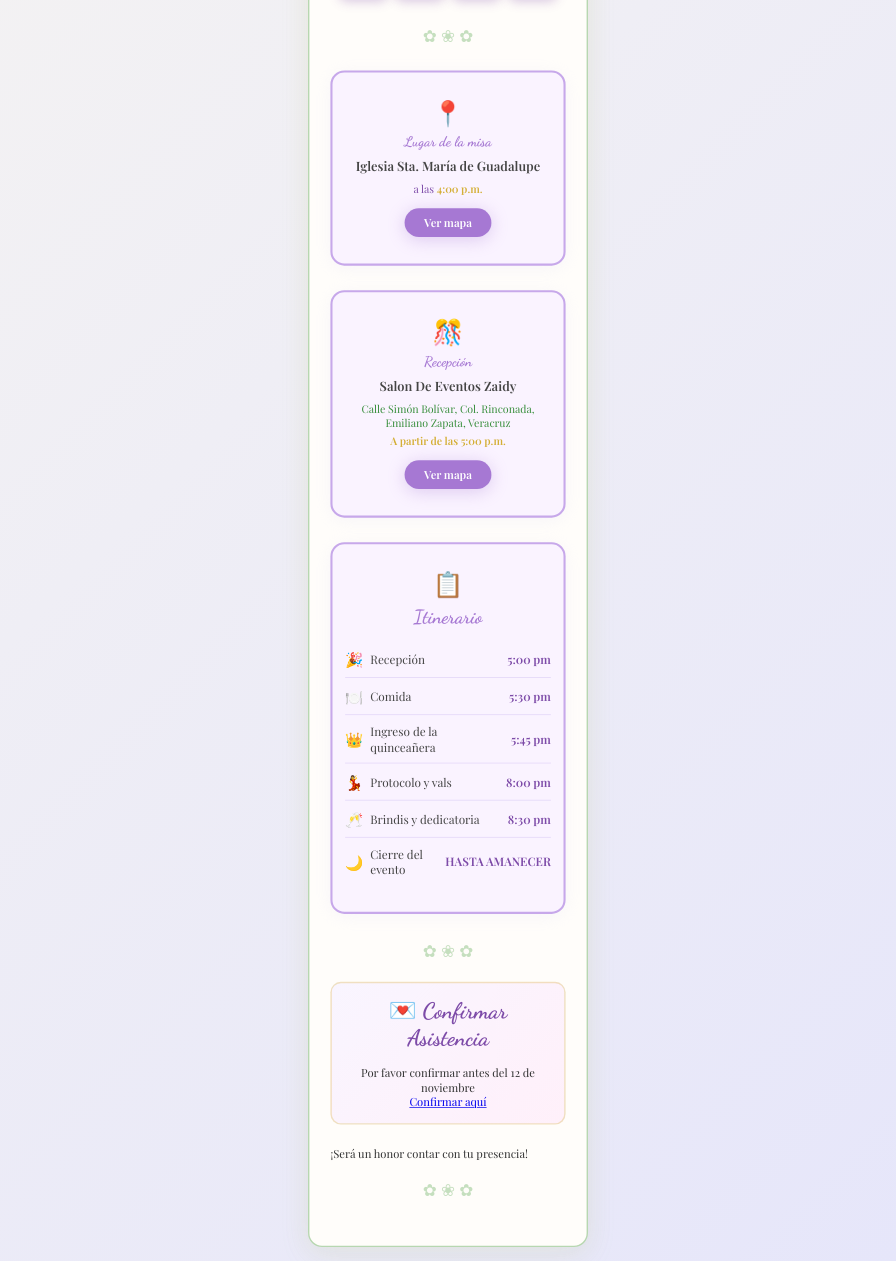
Repository: Jurgt2/InvitacionXvCamila
Page: index.html
These files come from the project's save history. The page is drawn as it stood at one moment and after the next save; the edit follows.
The browser window is 1280 px wide. The pictures show the part of the page from y = 1231 to 3151 px (the page is 3033 px tall before and 3151 px after), at 70% of full size.
Some web fonts or font styles are not loaded; a fallback is used.

Above is the page before, as saved 2025-11-14 21:42:42.
Console error: TypeError: Cannot read properties of null (reading 'href')

### index.html
<!DOCTYPE html>
<html lang="es">
<head>
    <meta charset="UTF-8">
    <meta name="viewport" content="width=device-width, initial-scale=1.0">
    <title>Mis 15 Años - María Camila</title>

    <!-- Google Fonts -->
    <link rel="preconnect" href="https://fonts.googleapis.com">
    <link rel="preconnect" href="https://fonts.gstatic.com" crossorigin>
    <link href="https://fonts.googleapis.com/css2?family=Dancing+Script:wght@400;700&family=Playfair+Display:ital,wght@0,400;0,600;1,400&display=swap" rel="stylesheet">

    <!-- Estilos personalizados -->
    <link rel="stylesheet" href="style.css">
</head>
<body>
    <!-- Contenedor principal -->
    <div class="container">
    <!-- Encabezado superior eliminado -->
        <!-- 1. Foto circular de la quinceañera -->
        <div class="photo-section">
            <div class="photo-frame">
                <img src="quinceanera.jpg" alt="Emily Camila" class="quinceanera-photo">
            </div>
            <div class="crown-decoration">👑</div>
        </div>
        <!-- 2. Título principal -->
        <h1 class="main-title" style="font-family: 'Dancing Script', cursive; font-size: 2.5rem; font-weight: 700; color: #7d4ba8; text-align: center; margin: 20px 0 0 0;">
            Emily Camila <span style="font-size:2.5rem; color:#6a3d92; font-family: 'Dancing Script', cursive; font-weight: 700;">Salazar Santamaría</span>
        </h1>
        <!-- 3. Subtítulo descriptivo -->
        <p class="subtitle">
            Sus 15 años son un reflejo de su belleza, sus sueños y su alegría.<br>
            Hoy celebramos con entusiasmo y amor...
        </p>
        <!-- Fecha destacada (ahora debajo del texto) -->
        <div class="fecha-xv" style="text-align:center; margin:10px 0 18px 0;">
            <span style="display:inline-block; background:linear-gradient(90deg,#e6e6fa 60%,#d4af37 100%); color:#7d4ba8; border-radius:12px; padding:6px 18px; font-size:1.1rem; font-weight:600; letter-spacing:1px; box-shadow:0 2px 8px #e6e6fa80;">SÁBADO <span style="color:#388e3c; font-size:1.3rem;">20</span> DICIEMBRE</span>
        </div>
        <!-- Nombres de papás y padrinos (formato elegante) -->
        <div class="familia-xv" style="text-align:center; margin:28px 0 18px 0;">
            <span style="color:#7d4ba8; font-size:1.25rem; font-family:'Dancing Script',cursive; font-weight:700; letter-spacing:0.5px; display:block; margin-bottom:6px;">En compañía de</span>
            <div style="display:flex; justify-content:center; align-items:flex-start; gap:32px; flex-wrap:wrap; margin-bottom:6px;">
                <div style="min-width:140px;">
                    <span style="color:#d4af37; font-size:1.1rem; font-family:'Dancing Script',cursive; font-weight:700; display:block; margin-bottom:2px;">Sus papás</span>
                    <span style="display:block; color:#555; font-size:1.08rem; font-family:'Playfair Display',serif; font-style:italic; margin-bottom:2px;">José Antonio Salazar Morales</span>
                    <span style="display:block; color:#555; font-size:1.08rem; font-family:'Playfair Display',serif; font-style:italic;">Lissette Santamaría Correa</span>
                </div>
                <div style="min-width:140px;">
                    <span style="color:#7d4ba8; font-size:1.1rem; font-family:'Dancing Script',cursive; font-weight:700; display:block; margin-bottom:2px;">Sus padrinos</span>
                    <span style="display:block; color:#555; font-size:1.08rem; font-family:'Playfair Display',serif; font-style:italic; margin-bottom:2px;">Félix Córdova Alba</span>
                    <span style="display:block; color:#555; font-size:1.08rem; font-family:'Playfair Display',serif; font-style:italic;">Santa Correa Sánchez</span>
                </div>
            </div>
        </div>
        <!-- Decoración floral -->
        <div class="floral-divider">✿ ❀ ✿</div>

        <!-- 4. Reproductor de música -->
        <div class="music-section">
            <p class="music-instruction">🎵 Clic en el reproductor para escuchar la canción</p>
            <button id="playButton" class="play-button" aria-label="Reproducir música">
                <span id="playIcon">▶</span>
            </button>
            <audio id="audioPlayer" loop>
                <source src="musica.mp3" type="audio/mpeg">
                Tu navegador no soporta el elemento de audio.
            </audio>
        </div>

        <!-- 5. Cuenta regresiva -->
        <div class="countdown-section">
            <h2 class="section-title">Faltan</h2>
            <div class="countdown-container">
                <div class="countdown-box">
                    <div class="countdown-number" id="days">00</div>
                    <div class="countdown-label">Días</div>
                </div>
                <div class="countdown-box">
                    <div class="countdown-number" id="hours">00</div>
                    <div class="countdown-label">Horas</div>
                </div>
                <div class="countdown-box">
                    <div class="countdown-number" id="minutes">00</div>
                    <div class="countdown-label">Min</div>
                </div>
                <div class="countdown-box">
                    <div class="countdown-number" id="seconds">00</div>
                    <div class="countdown-label">Seg</div>
                </div>
            </div>
            <p id="countdownMessage" class="countdown-message"></p>
        </div>

        <!-- Decoración floral -->
        <div class="floral-divider">✿ ❀ ✿</div>

        <!-- 6. Sección LUGAR -->
        <div class="cuadro-misa" style="background: #faf3ff; border: 3px solid #c7a8ea; border-radius: 20px; padding: 32px 18px 38px 18px; margin: 35px 0; text-align: center; box-shadow: 0 4px 24px #e6e6fa55;">
            <div style="font-size:2.2rem; margin-bottom: 8px;">📍</div>
                <div style="font-family: 'Dancing Script', cursive; font-size:1.25rem; color:#a678d3; margin-bottom: 10px; font-weight: 700;">Lugar de la misa</div>
                <div style="font-family: 'Playfair Display', serif; font-size:1.15rem; color:#444; font-weight:700; margin-bottom: 10px;">Iglesia Sta. María de Guadalupe</div>
                <div style="font-size:0.95rem; color:#7d4ba8; margin-bottom: 18px;">a las <span style="color:#d4af37; font-weight:700;">4:00 p.m.</span></div>
                <a href="https://maps.app.goo.gl/ystdQ5vSETh3HKnf7" target="_blank" rel="noopener noreferrer" style="display:inline-block; background:#a678d3; color:#fff; font-family:'Playfair Display',serif; font-size:1rem; font-weight:600; border-radius:32px; padding:10px 28px; text-decoration:none; box-shadow:0 4px 24px #a678d355; transition:background 0.2s;">Ver mapa</a>
        </div>

        <!-- 7. Sección RECEPCIÓN -->
        <div class="cuadro-recepcion" style="background: #faf3ff; border: 3px solid #c7a8ea; border-radius: 20px; padding: 32px 18px 38px 18px; margin: 35px 0; text-align: center; box-shadow: 0 4px 24px #e6e6fa55;">
            <div style="font-size:2.2rem; margin-bottom: 8px;">🎊</div>
            <div style="font-family: 'Dancing Script', cursive; font-size:1.25rem; color:#a678d3; margin-bottom: 10px; font-weight: 700;">Recepción</div>
            <div style="font-family: 'Playfair Display', serif; font-size:1.15rem; color:#444; font-weight:700; margin-bottom: 10px;">Salon De Eventos Zaidy</div>
            <div style="font-family: 'Playfair Display', serif; font-size:0.95rem; color:#388e3c; margin-bottom: 6px;">Calle Simón Bolívar, Col. Rinconada, Emiliano Zapata, Veracruz</div>
            <div style="font-family: 'Playfair Display', serif; font-size:0.95rem; color:#d4af37; font-weight:700; margin-bottom: 18px;">A partir de las 5:00 p.m.</div>
            <a href="https://maps.app.goo.gl/BLjvQERLtKDqoa328" target="_blank" rel="noopener noreferrer" style="display:inline-block; background:#a678d3; color:#fff; font-family:'Playfair Display',serif; font-size:1rem; font-weight:600; border-radius:32px; padding:10px 28px; text-decoration:none; box-shadow:0 4px 24px #a678d355; transition:background 0.2s;">Ver mapa</a>
        </div>
        <!-- 8. Sección ITINERARIO -->
        <div class="cuadro-itinerario" style="background: #faf3ff; border: 3px solid #c7a8ea; border-radius: 20px; padding: 32px 18px 38px 18px; margin: 35px 0; text-align: center; box-shadow: 0 4px 24px #e6e6fa55;">
            <div style="font-size:2.2rem; margin-bottom: 8px;">📋</div>
            <div style="font-family: 'Dancing Script', cursive; font-size:1.7rem; color:#a678d3; margin-bottom: 18px; font-weight: 700;">Itinerario</div>
            <div style="width:100%; max-width:420px; margin:0 auto;">
                <div style="display:flex; align-items:center; justify-content:space-between; padding:12px 0 12px 0; border-bottom:1px solid #e0d3f7;">
                    <span style="font-size:1.3rem; margin-right:10px;">🎉</span>
                    <span style="flex:1; text-align:left; font-family:'Playfair Display',serif; font-size:1.05rem; color:#444;">Recepción</span>
                    <span style="font-family:'Playfair Display',serif; font-size:1.05rem; color:#7d4ba8; font-weight:600; min-width:80px; text-align:right;">5:00 pm</span>
                </div>
                <div style="display:flex; align-items:center; justify-content:space-between; padding:12px 0 12px 0; border-bottom:1px solid #e0d3f7;">
                    <span style="font-size:1.3rem; margin-right:10px;">🍽️</span>
                    <span style="flex:1; text-align:left; font-family:'Playfair Display',serif; font-size:1.05rem; color:#444;">Comida</span>
                    <span style="font-family:'Playfair Display',serif; font-size:1.05rem; color:#7d4ba8; font-weight:600; min-width:80px; text-align:right;">5:30 pm</span>
                </div>
                <div style="display:flex; align-items:center; justify-content:space-between; padding:12px 0 12px 0; border-bottom:1px solid #e0d3f7;">
                    <span style="font-size:1.3rem; margin-right:10px;">👑</span>
                    <span style="flex:1; text-align:left; font-family:'Playfair Display',serif; font-size:1.05rem; color:#444;">Ingreso de la quinceañera</span>
                    <span style="font-family:'Playfair Display',serif; font-size:1.05rem; color:#7d4ba8; font-weight:600; min-width:80px; text-align:right;">5:45 pm</span>
                </div>
                <div style="display:flex; align-items:center; justify-content:space-between; padding:12px 0 12px 0; border-bottom:1px solid #e0d3f7;">
                    <span style="font-size:1.3rem; margin-right:10px;">💃</span>
                    <span style="flex:1; text-align:left; font-family:'Playfair Display',serif; font-size:1.05rem; color:#444;">Protocolo y vals</span>
                    <span style="font-family:'Playfair Display',serif; font-size:1.05rem; color:#7d4ba8; font-weight:600; min-width:80px; text-align:right;">8:00 pm</span>
                </div>
                <div style="display:flex; align-items:center; justify-content:space-between; padding:12px 0 12px 0; border-bottom:1px solid #e0d3f7;">
                    <span style="font-size:1.3rem; margin-right:10px;">🥂</span>
                    <span style="flex:1; text-align:left; font-family:'Playfair Display',serif; font-size:1.05rem; color:#444;">Brindis y dedicatoria</span>
                    <span style="font-family:'Playfair Display',serif; font-size:1.05rem; color:#7d4ba8; font-weight:600; min-width:80px; text-align:right;">8:30 pm</span>
                </div>
                <div style="display:flex; align-items:center; justify-content:space-between; padding:12px 0 12px 0;">
                    <span style="font-size:1.3rem; margin-right:10px;">🌙</span>
                    <span style="flex:1; text-align:left; font-family:'Playfair Display',serif; font-size:1.05rem; color:#444;">Cierre del evento</span>
                    <span style="font-family:'Playfair Display',serif; font-size:1.05rem; color:#7d4ba8; font-weight:600; min-width:80px; text-align:right;">HASTA AMANECER</span>
                </div>
            </div>
        </div>

        <!-- Decoración floral -->
        <div class="floral-divider">✿ ❀ ✿</div>

        <!-- 9. Sección CONFIRMAR ASISTENCIA -->
        <div class="music-section">
            <h2 class="section-title">💌 Confirmar Asistencia</h2>
            <p class="rsvp-text">Por favor confirmar antes del 12 de noviembre</p>
            <a href="https://wa.me/522791007933?text=Hola%2C%20confirmo%20mi%20asistencia%20a%20los%2015%20a%C3%B1os%20de%20Emily%20Camila.%20%C2%A1Ser%C3%A1%20un%20honor%20acompa%C3%B1arla%20en%20su%20d%C3%ADa%20especial!%20%F0%9F%92%96%F0%9F%8E%89" target="_blank" rel="noopener noreferrer" class="btn btn-primary">
                Confirmar aquí
            </a>
        </div>

        <!-- Footer decorativo -->
        <div class="footer">
            <p class="footer-text">¡Será un honor contar con tu presencia!</p>
            <div class="floral-divider">✿ ❀ ✿</div>
        </div>

    </div>

    <!-- Script JavaScript -->
    <script src="script.js"></script>
</body>
</html>

### style.css
/* ==========================================
   INVITACIÓN QUINCEAÑERA - DULCE PRIMAVERA
   Tema: Morado, Rosa y Dorado
   ========================================== */

/* Reset y configuración base */
* {
    margin: 0;
    padding: 0;
    box-sizing: border-box;
}

body {
    font-family: 'Playfair Display', serif;
    background: linear-gradient(135deg, #f8f6f0 0%, #e6e6fa 100%);
    min-height: 100vh;
    padding: 20px;
    color: #333;
    overflow-x: hidden;
}

/* Contenedor principal */
.container {
    max-width: 400px;
    margin: 0 auto;
    background: #fffdfa;
    border-radius: 20px;
    padding: 40px 30px;
    box-shadow: 0 10px 40px rgba(183, 215, 176, 0.15), 0 10px 40px rgba(212, 175, 55, 0.08);
    border: 2px solid #b7d7b0;
    position: relative;
}

/* ==========================================
   1. SECCIÓN DE FOTO
   ========================================== */
.photo-section {
    text-align: center;
    margin-bottom: 30px;
    position: relative;
}

.photo-frame {
    width: 180px;
    height: 180px;
    margin: 0 auto;
    border-radius: 50%;
    border: 6px solid #b7d7b0;
    overflow: hidden;
    box-shadow: 0 8px 20px rgba(183, 215, 176, 0.25), 0 8px 20px rgba(212, 175, 55, 0.15);
    position: relative;
}

.quinceanera-photo {
    width: 100%;
    height: 100%;
    object-fit: cover;
}

.crown-decoration {
    font-size: 2rem;
    margin-top: 10px;
    animation: float 3s ease-in-out infinite;
}

@keyframes float {
    0%, 100% { transform: translateY(0); }
    50% { transform: translateY(-10px); }
}

/* ==========================================
   2. TÍTULO PRINCIPAL
   ========================================== */
.main-title {
    font-family: 'Dancing Script', cursive;
    font-size: 3rem;
        color: #7d4ba8;
    text-align: center;
    margin: 20px 0;
    text-shadow: 2px 2px 4px #b7d7b0;
    font-weight: 700;
}

/* ==========================================
   3. SUBTÍTULO
   ========================================== */
.subtitle {
    font-size: 1rem;
    font-style: italic;
    text-align: center;
    color: #666;
    line-height: 1.6;
    margin-bottom: 25px;
    padding: 0 10px;
}

/* ==========================================
   DECORACIONES FLORALES
   ========================================== */
.floral-divider {
    text-align: center;
    font-size: 1.5rem;
    color: #b7d7b0;
    margin: 25px 0;
    opacity: 0.8;
}

/* ==========================================
   4. REPRODUCTOR DE MÚSICA
   ========================================== */
.music-section {
    text-align: center;
    margin: 30px 0;
    padding: 20px;
    background: linear-gradient(135deg, #f9f5ff 0%, #fff0fa 100%);
    border-radius: 15px;
    border: 2px solid rgba(212, 175, 55, 0.3);
}

.music-instruction {
    font-size: 0.9rem;
    color: #7d4ba8;
    margin-bottom: 15px;
}

.play-button {
    width: 60px;
    height: 60px;
    border-radius: 50%;
    border: 3px solid #d4af37;
    background: linear-gradient(135deg, #d4af37 0%, #f4d88a 100%);
    color: white;
    font-size: 1.5rem;
    cursor: pointer;
    transition: all 0.3s ease;
    box-shadow: 0 4px 15px rgba(212, 175, 55, 0.4);
    display: flex;
    align-items: center;
    justify-content: center;
    margin: 0 auto;
}

.play-button:hover {
    transform: scale(1.1);
    box-shadow: 0 6px 20px rgba(212, 175, 55, 0.6);
}

.play-button:active {
    transform: scale(0.95);
}

#playIcon {
    display: inline-block;
    margin-left: 3px;
}

/* ==========================================
   5. CUENTA REGRESIVA
   ========================================== */
.countdown-section {
    margin: 35px 0;
    text-align: center;
}

.section-title {
    font-family: 'Dancing Script', cursive;
    font-size: 2rem;
        color: #7d4ba8;
    margin-bottom: 20px;
    text-align: center;
}

.countdown-container {
    display: flex;
    justify-content: center;
    gap: 10px;
    flex-wrap: wrap;
}

.countdown-box {
    background: linear-gradient(135deg, #7d4ba8 0%, #9d6bc8 100%);
    border-radius: 12px;
    padding: 15px 10px;
    min-width: 70px;
    box-shadow: 0 4px 15px rgba(125, 75, 168, 0.3);
    border: 2px solid rgba(212, 175, 55, 0.4);
}

.countdown-number {
    font-family: 'Dancing Script', cursive;
    font-size: 2.5rem;
    color: white;
    font-weight: 700;
    line-height: 1;
}

.countdown-label {
    font-size: 0.8rem;
    color: #ffe6ff;
    margin-top: 5px;
    text-transform: uppercase;
    letter-spacing: 1px;
}

.countdown-message {
    margin-top: 20px;
    font-family: 'Dancing Script', cursive;
    font-size: 1.5rem;
    color: #d4af37;
    font-weight: 700;
        color: #666;

/* ==========================================
   6. SECCIÓN LUGAR
   ========================================== */
.location-section {
    text-align: center;
    margin: 35px 0;
    padding: 25px;
    background: #fff;
    border-radius: 15px;
    border: 2.5px solid #d4af37;
    box-shadow: 0 4px 16px rgba(212, 175, 55, 0.10);
}

.location-name {
    font-size: 1.1rem;
        color: #555;
    margin: 15px 0 20px 0;
    font-weight: 600;
}

/* ==========================================
   7. ITINERARIO
   ========================================== */
.itinerary-section {
    margin: 35px 0;
    padding: 25px;
    background: linear-gradient(135deg, #f8f6f0 0%, #e6e6fa 100%);
    border-radius: 15px;
    border: 2px solid #b7d7b0;
    box-shadow: 0 4px 16px rgba(183, 215, 176, 0.10);
}

.itinerary-list {
    list-style: none;
    margin-top: 20px;
}

.itinerary-item {
    display: flex;
    align-items: center;
    padding: 12px 0;
    border-bottom: 1px solid rgba(125, 75, 168, 0.1);
}

.itinerary-item:last-child {
    border-bottom: none;
}

.itinerary-icon {
    font-size: 1.3rem;
    margin-right: 12px;
    min-width: 30px;
}

.itinerary-text {
    flex: 1;
    font-size: 0.95rem;
        color: #555;
}

.itinerary-time {
    font-size: 0.9rem;
    color: #7d4ba8;
    font-weight: 600;
    min-width: 70px;
    text-align: right;
}

/* ==========================================
   8. CONFIRMAR ASISTENCIA
   ========================================== */
.rsvp-section {
    text-align: center;
    margin: 35px 0;
    padding: 25px;
    background: linear-gradient(135deg, #fff0ff 0%, #fffaff 100%);
    border-radius: 15px;
    border: 2px solid rgba(212, 175, 55, 0.3);
}

.rsvp-text {
    font-size: 1rem;
        color: #666;
    margin: 15px 0 20px 0;
    font-style: italic;
}

/* ==========================================
   BOTONES
   ========================================== */
.btn {
    display: inline-block;
    padding: 12px 30px;
    border-radius: 25px;
    text-decoration: none;
    font-size: 1rem;
    font-weight: 600;
    transition: all 0.3s ease;
    cursor: pointer;
    border: none;
    text-align: center;
    font-family: 'Playfair Display', serif;
}

.btn-primary {
    background: linear-gradient(135deg, #7d4ba8 0%, #9d6bc8 100%);
    color: white;
    box-shadow: 0 4px 15px rgba(125, 75, 168, 0.3);
}

.btn-primary:hover {
    transform: scale(1.05);
    box-shadow: 0 6px 20px rgba(125, 75, 168, 0.5);
    background: linear-gradient(135deg, #6a3d92 0%, #8a5ab4 100%);
}

.btn-primary:active {
    transform: scale(0.98);
}

/* ==========================================
   FOOTER
   ========================================== */
.footer {
    text-align: center;
    margin-top: 40px;
    padding-top: 20px;
    border-top: 2px solid rgba(125, 75, 168, 0.1);
}

.footer-text {
    font-family: 'Dancing Script', cursive;
    font-size: 1.3rem;
        color: #7d4ba8;
    margin-bottom: 15px;
}

/* ==========================================
   RESPONSIVE DESIGN
   ========================================== */
@media (max-width: 450px) {
    .container {
        padding: 30px 20px;
    }

    .main-title {
        font-size: 2.5rem;
    }

    .countdown-box {
        min-width: 65px;
        padding: 12px 8px;
    }

    .countdown-number {
        font-size: 2rem;
    }

    .section-title {
        font-size: 1.7rem;
    }

    .itinerary-text {
        font-size: 0.85rem;
    }

    .itinerary-time {
        font-size: 0.8rem;
        min-width: 60px;
    }
}

@media (max-width: 350px) {
    .photo-frame {
        width: 150px;
        height: 150px;
    }

    .main-title {
        font-size: 2.2rem;
    }

    .countdown-container {
        gap: 8px;
    }

    .countdown-box {
        min-width: 60px;
        padding: 10px 5px;
    }

    .countdown-number {
        font-size: 1.8rem;
    }
}

Loaded but not shown: script.js (157 lines, source omitted)

After the next save:
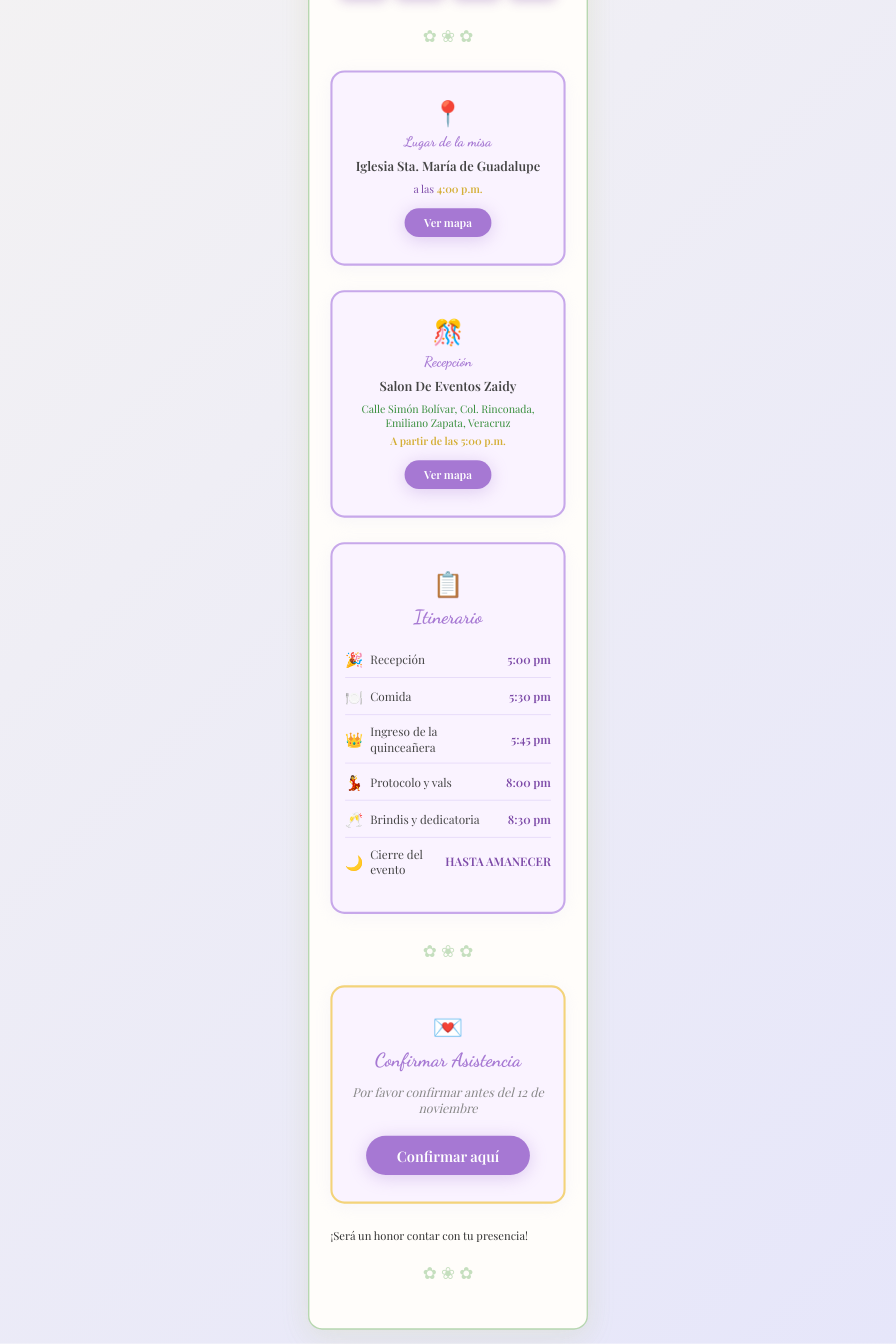
Saved 72 s later.
--- a/index.html
+++ b/index.html
@@ -155,12 +155,11 @@
         <div class="floral-divider">✿ ❀ ✿</div>
 
         <!-- 9. Sección CONFIRMAR ASISTENCIA -->
-        <div class="music-section">
-            <h2 class="section-title">💌 Confirmar Asistencia</h2>
-            <p class="rsvp-text">Por favor confirmar antes del 12 de noviembre</p>
-            <a href="https://wa.me/522791007933?text=Hola%2C%20confirmo%20mi%20asistencia%20a%20los%2015%20a%C3%B1os%20de%20Emily%20Camila.%20%C2%A1Ser%C3%A1%20un%20honor%20acompa%C3%B1arla%20en%20su%20d%C3%ADa%20especial!%20%F0%9F%92%96%F0%9F%8E%89" target="_blank" rel="noopener noreferrer" class="btn btn-primary">
-                Confirmar aquí
-            </a>
+        <div class="cuadro-rsvp" style="background: #faf3ff; border: 3px solid #f3d37a; border-radius: 20px; padding: 32px 18px 38px 18px; margin: 35px 0; text-align: center; box-shadow: 0 4px 24px #e6e6fa55;">
+            <div style="font-size:2.2rem; margin-bottom: 8px;">💌</div>
+            <div style="font-family: 'Dancing Script', cursive; font-size:1.7rem; color:#a678d3; margin-bottom: 18px; font-weight: 700;">Confirmar Asistencia</div>
+            <div style="font-family: 'Playfair Display', serif; font-size:1.1rem; color:#888; font-style:italic; margin-bottom: 28px;">Por favor confirmar antes del 12 de noviembre</div>
+            <a href="https://wa.me/522791007933?text=Hola%2C%20confirmo%20mi%20asistencia%20a%20los%2015%20a%C3%B1os%20de%20Emily%20Camila.%20%C2%A1Ser%C3%A1%20un%20honor%20acompa%C3%B1arla%20en%20su%20d%C3%ADa%20especial!%20%F0%9F%92%96%F0%9F%8E%89" target="_blank" rel="noopener noreferrer" style="display:inline-block; background:#a678d3; color:#fff; font-family:'Playfair Display',serif; font-size:1.3rem; font-weight:600; border-radius:32px; padding:14px 44px; text-decoration:none; box-shadow:0 4px 24px #a678d355; transition:background 0.2s;">Confirmar aquí</a>
         </div>
 
         <!-- Footer decorativo -->
